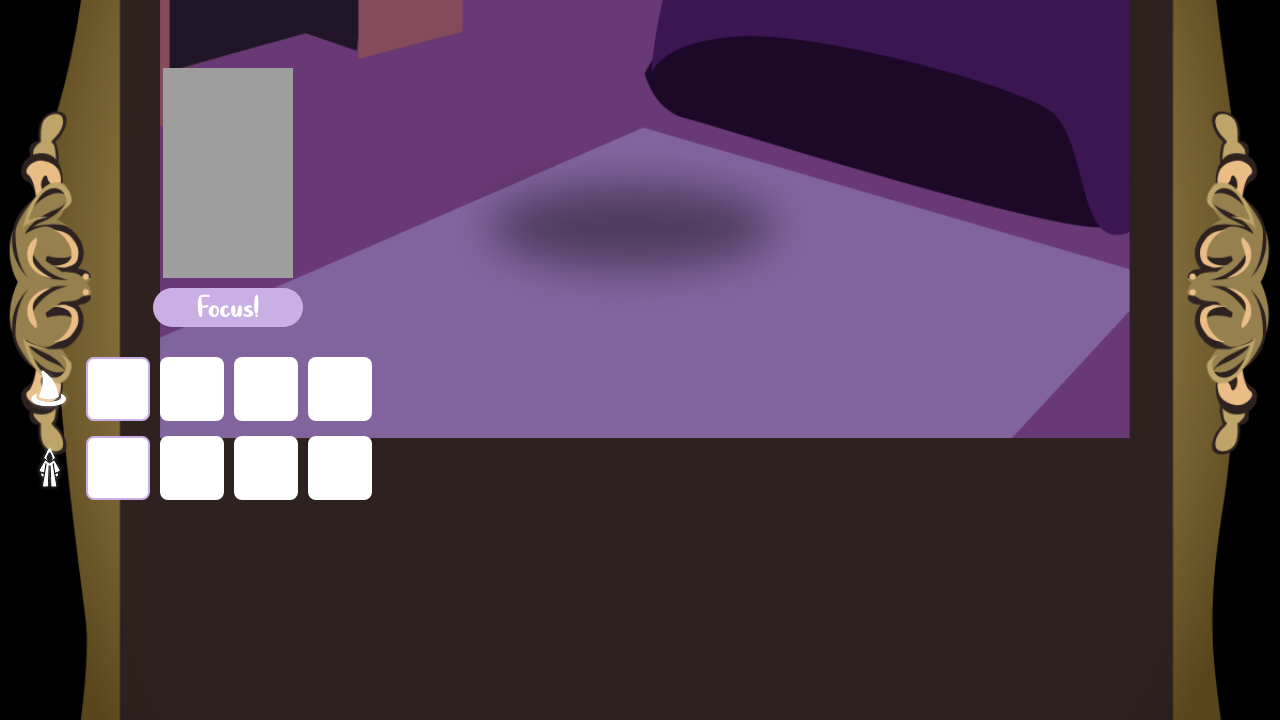
Repository: zhangolivia7/Little-Witch-Alcove
Page: popup.html
The author's editor kept a copy of each file at every save. The page is drawn from the files as they stood at one save, then again after the next save.
The browser window is 1280 px wide. The pictures show the whole page.
Pictures or frames that could not be fetched are drawn as grey boxes.

Above is the page before, as saved 2025-11-15 16:46:17.

### popup.html
<!DOCTYPE html>
<html>
  <head>
    <title>Little Witch Alcove</title>
    <link rel="stylesheet" href="popup.css">
  </head>
  <body>
    <div>
        <img src="Assets/Witch.png" alt="Witch" id="witch-img">
    </div>
    <button id="focus-btn">Focus!</button>

    <div id="customization">
        <div class="category-row">
            <img src="Assets/Icons/Hat Category.svg" alt="Hat" class="category-icon">
            <div class="items-scroll">
                <div class="item-slot selected"></div>
                <div class="item-slot"></div>
                <div class="item-slot"></div>
                <div class="item-slot"></div>
            </div>
        </div>
        <div class="category-row">
            <img src="Assets/Icons/Robe Category.svg" alt="Robe" class="category-icon">
            <div class="items-scroll">
                <div class="item-slot selected"></div>
                <div class="item-slot"></div>
                <div class="item-slot"></div>
                <div class="item-slot"></div>
            </div>
        </div>
    </div>

    <script src="popup.js"></script>
  </body>
</html>

### popup.css
@font-face {
    font-family: 'QuiteMagical';
    src: url('Assets/Font/QuiteMagicalRegular.ttf');
}

body {
    width: 400px;
    height: 500px;
    background-image: url('Assets/No UI.png');
    background-repeat: no-repeat;
    background-position: center center;
    background-size: cover;
    background-color: black;
    padding: 20px;
    font-family: 'QuiteMagical';
  }

  h1 {
    font-size: 18px;
    text-align: center;
  }

  #focus-btn {
    width: 150px;
    margin: 10px auto 0 auto;
    padding: 5px 2px 0px 2px;
    border-radius: 25px;
    background: #CAAFE5;
    color: white;
    font-family: 'QuiteMagical';
    font-size: 36px;
    border: none;
    cursor: pointer;
    display: block;
  }

  #witch-img {
    width: 130px;
    height: 210px;
    margin: 40px auto 0 auto;
    display: block;
  }

  #customization {
    margin-top: 20px;
    padding: 10px 0;
  }

  .category-row {
    display: flex;
    align-items: center;
    margin-bottom: 15px;
    gap: 10px;
  }

  .category-icon {
    width: 48px;
    height: 48px;
    flex-shrink: 0;
  }

  .items-scroll {
    display: flex;
    gap: 10px;
    overflow-x: auto;
    overflow-y: hidden;
    flex: 1;
    scrollbar-width: none;
    -ms-overflow-style: none;
  }

  .items-scroll::-webkit-scrollbar {
    display: none;
  }

  .item-slot {
    width: 60px;
    height: 60px;
    background: white;
    border-radius: 8px;
    flex-shrink: 0;
    border: 2px solid transparent;
  }

  .item-slot.selected {
    border: 2px solid #CAAFE5;
  }

### popup.js
document.getElementById("focus-btn").addEventListener("click", () => {
    alert("Hex of Concentration activated! 🔮");
  });

After the next save:
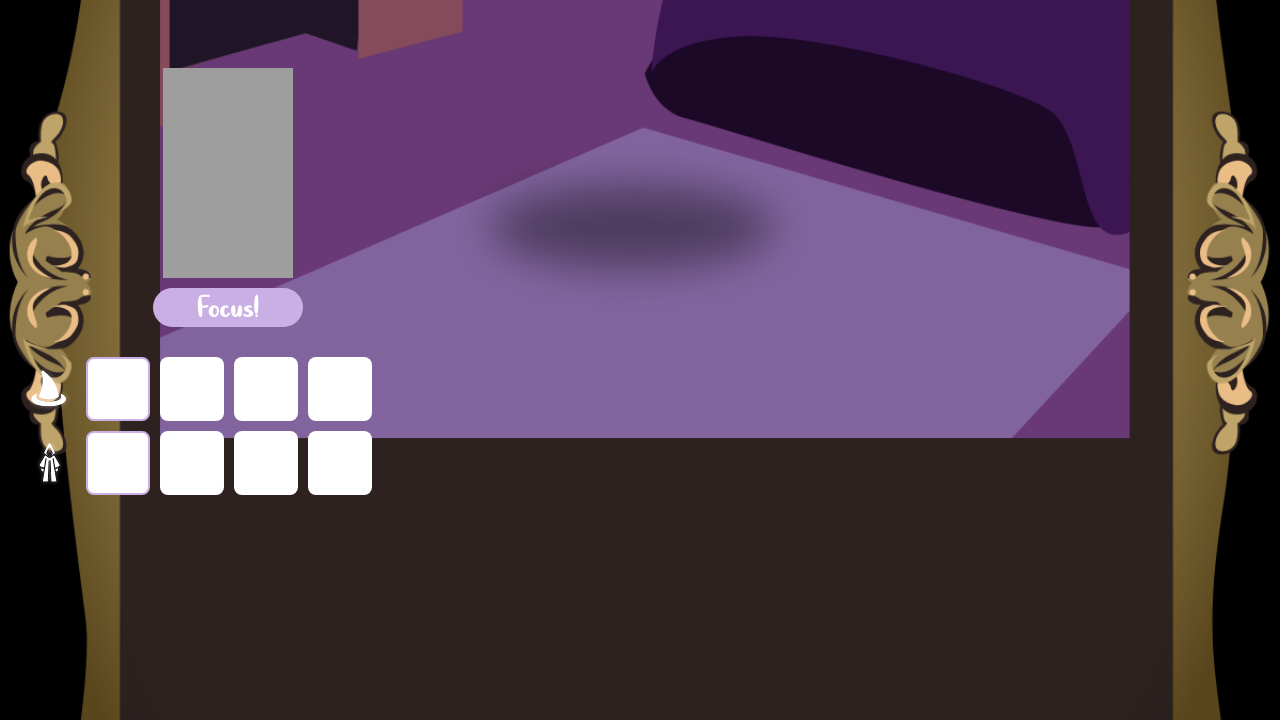
Saved 71 s later.
--- a/popup.css
+++ b/popup.css
@@ -49,7 +49,7 @@ body {
   .category-row {
     display: flex;
     align-items: center;
-    margin-bottom: 15px;
+    margin-bottom: 10px;
     gap: 10px;
   }
 
